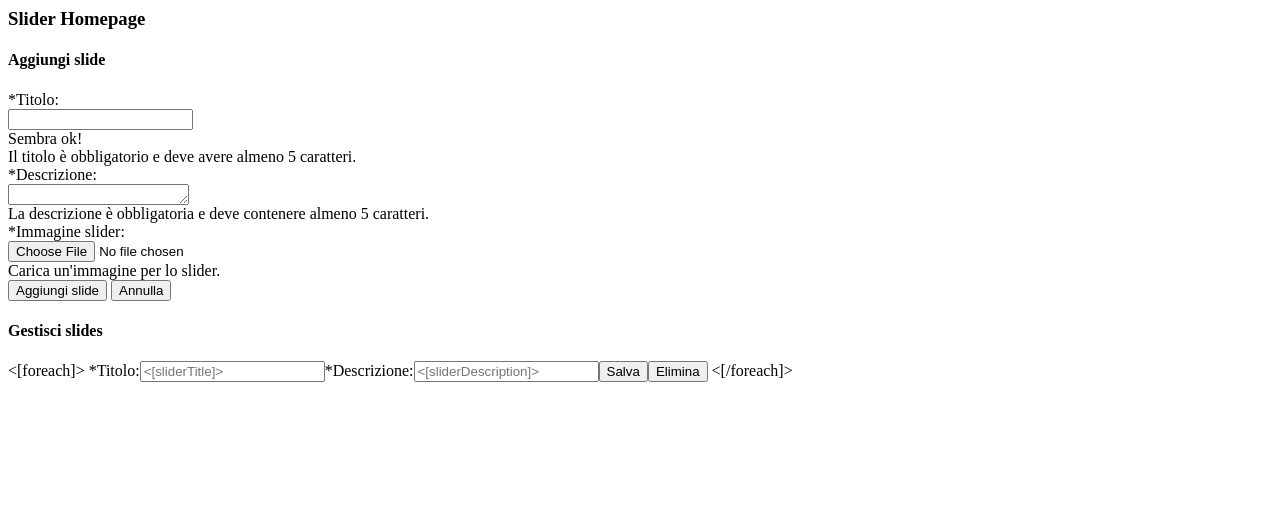
Repository: i4c0ni99/MotorShop
Page: skins/multikart_all_in_one/back-end/home-customizer.html
An editor plug-in stored every save of this project. The page is shown before and after a run of saves, followed by the edit.
The browser window is 1280 px wide. The pictures show the whole page.

Above is the page before, as saved 2024-10-31 19:19:34.

After the next 2 saves:
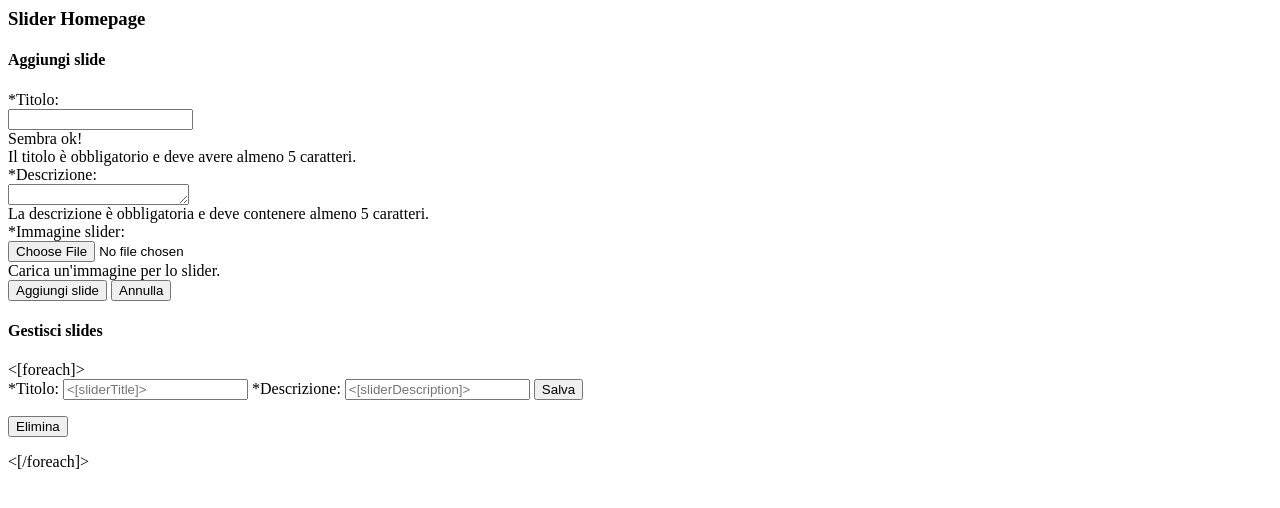
The 2 saves are shown as one change because they came seconds apart.
The last was saved 5 s later.
--- a/skins/multikart_all_in_one/back-end/home-customizer.html
+++ b/skins/multikart_all_in_one/back-end/home-customizer.html
@@ -78,15 +78,6 @@
                 </div>
                 <div class="card-body">
                     <div class="table-responsive table-desi">
-                        <table class="display table table-striped" id="basic-1">
-
-
-
-
-
-
-
-
                                 <!-- Ciclo per le slide -->
                                 <[foreach]>
                                     <form method="post" action="/MotorShop/home-customizer.php">
